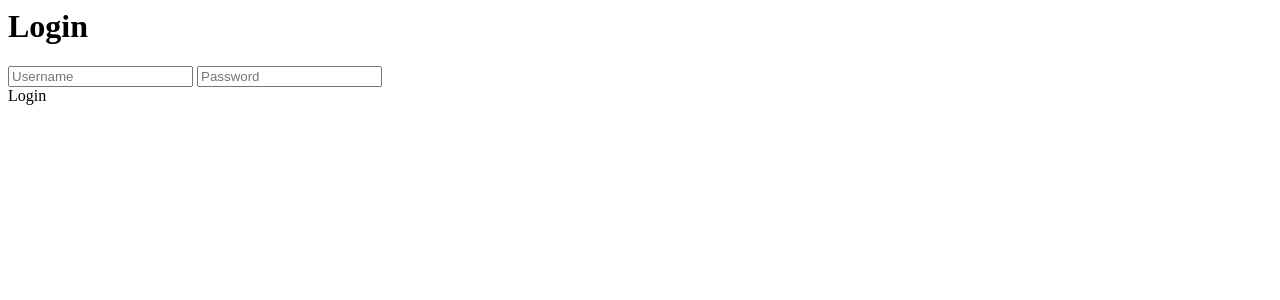
Repository: hoangnguyen92/IonicParseSample
Page: todoApp/www/templates/login.html
The author's editor kept a record of every edit. The page is drawn from the files as they stood at one moment, then again after the next edit.
The browser window is 1280 px wide. The pictures show the whole page.

Above is the page before.

After the next edit:
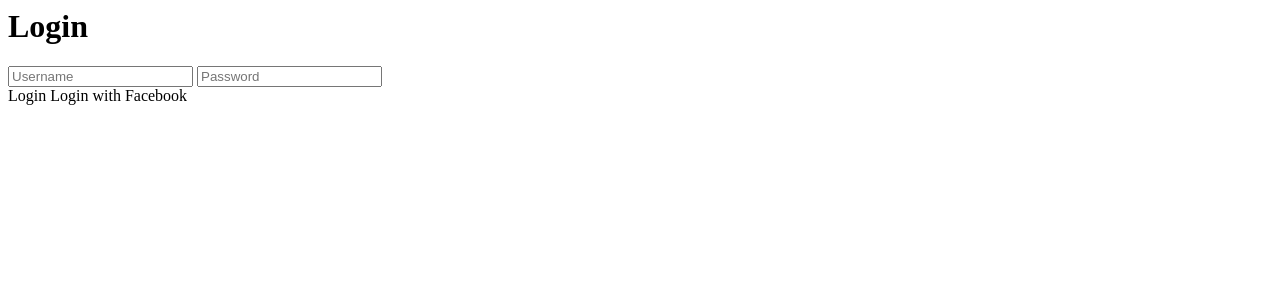
The edit:
--- a/todoApp/www/templates/login.html
+++ b/todoApp/www/templates/login.html
@@ -19,6 +19,9 @@
             <ion-button class="button button-block button-positive" ng-click="login(user)">
                 Login
             </ion-button>
+            <ion-button class="button button-block button-positive" ng-click="loginFB()">
+                Login with Facebook
+            </ion-button>
         </ion-list>
     </div>
 </ion-content>
